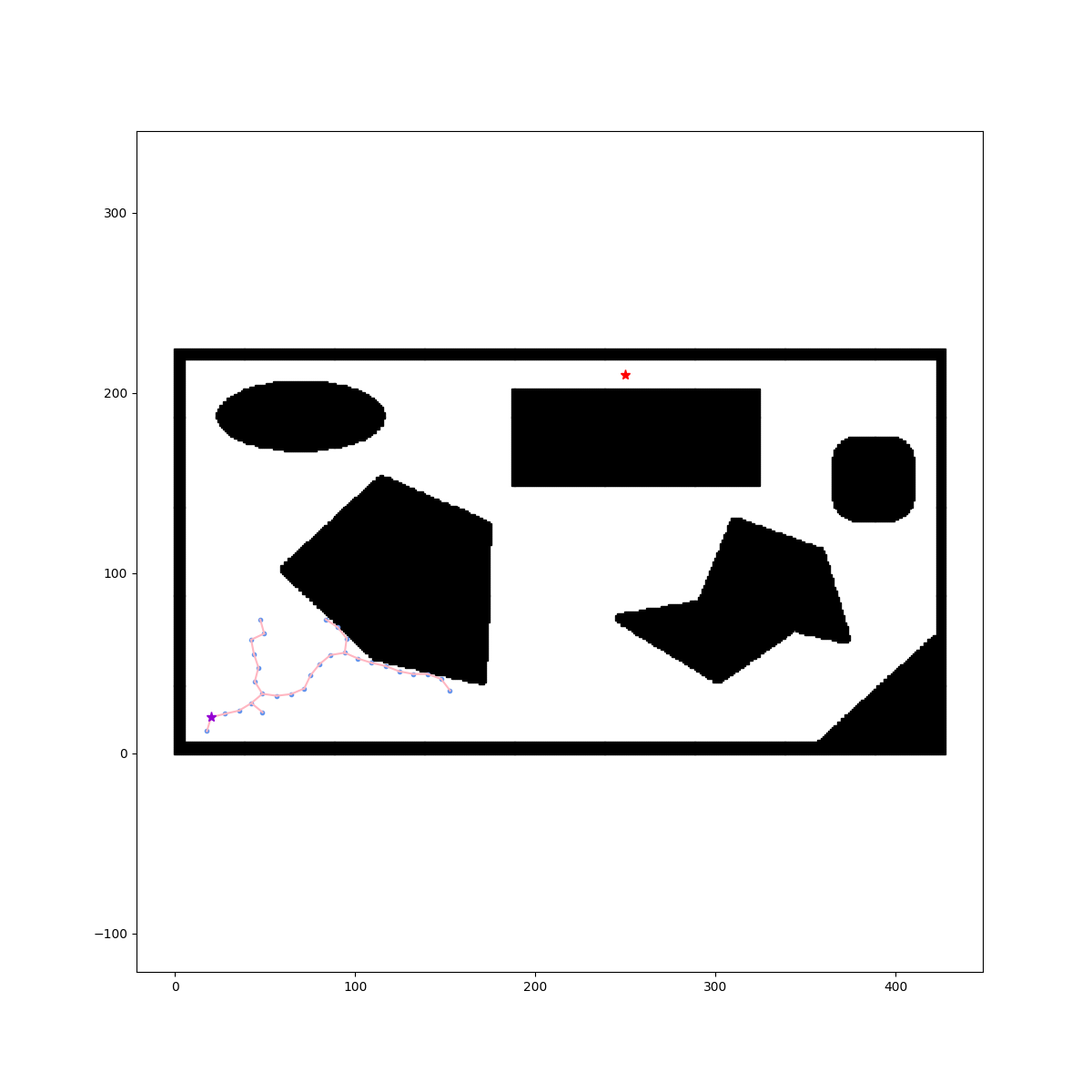
Repository: BaoL067/Pnc-Learning
Script's output: python sampling_based_planner/rrt_star.py
These files come from the project's save history. The script's output is drawn as it stood at one moment and after the next save; the edit follows.
The pictures are shown at 91% of full size.
Animations are shown at an early frame. Random numbers start from a fixed seed. It also reads sampling_based_planner/maps/map3.png.

Above is the script's output before, as saved 2024-10-06 17:09:15.

### sampling_based_planner/rrt_star.py
import math
import random

import sys
import matplotlib.pyplot as plt
import cv2
import pathlib
import numpy as np

SHOW_SAMPLING_PROCESS = True
random.seed(0)
class RRTStar:
    class Node:
        def __init__(self, x, y):
            # the position of node
            self.x = x
            self.y = y
            # the path between current node and its parent
            self.path_x = []
            self.path_y = []
            # the cost of node
            self.cost = 0
            # the parent of node
            self.parent = None

        def reset(self):
            self.path_x = []
            self.path_y = []
            self.parent = None


    def __init__(self,
                start,
                goal,
                x_rand_area,
                y_rand_area,
                obstacle_map = None,
                extend_dist = 10.0,
                path_resolution = 1.0,
                goal_sample_rate = 10,
                max_iter = 1000,
                near_nodes_dist_threshold = 30.0,
                search_until_max_iter = False):

        self.start = self.Node(start[0], start[1])
        self.end = self.Node(goal[0], goal[1])
        self.x_min_rand = x_rand_area[0]
        self.x_max_rand = x_rand_area[1]
        self.y_min_rand = y_rand_area[0]
        self.y_max_rand = y_rand_area[1]
        self.obstacle_map = obstacle_map
        self.extend_dist = extend_dist
        self.path_resolution = path_resolution
        self.goal_sample_rate = goal_sample_rate
        self.max_iter = max_iter

        self.near_nodes_dist_threshold = near_nodes_dist_threshold
        self.search_until_max_iter = search_until_max_iter

        self.goal_node = self.Node(goal[0], goal[1])
        self.node_list = []

    def planning(self):
        self.draw_start_and_goal()
        self.node_list = [self.start]

        for i in range(self.max_iter):
            # TODO: 1. generate random node within the x/y range
            random_node = self.generate_random_node()

            # TODO: 2. find the nearest node to random node in the tree
            nearest_node = min(self.node_list, key=lambda node: math.hypot(node.x - random_node.x, node.y - random_node.y))

            # TODO: 3. Steer the nearest_node to random with extend_dist
            dx = random_node.x - nearest_node.x
            dy = random_node.y - nearest_node.y
            d = math.hypot(dx, dy)
            if d >= self.extend_dist:
                new_node = self.Node(nearest_node.x + self.extend_dist * dx / d, nearest_node.y + self.extend_dist * dy / d)
                self.rewire(new_node, nearest_node)
            else:
                continue

            if self.check_collision_with_obs_map(new_node, self.obstacle_map):
                # RRT implementation
                self.node_list.append(new_node)
                self.draw_node_and_edge(new_node)
                # # RRT* implementation
                # # TODO: 4. find nodes near the new_node, and choose the parent which maintains a minimum-cost from the start node
                # near_nodes = [node for node in self.node_list if math.hypot(node.x - new_node.x, node.y - new_node.y) <= self.near_nodes_dist_threshold]
                # while near_nodes:
                #     optimal_node = min(near_nodes, key=lambda node: node.cost + math.hypot(node.x - new_node.x, node.y - new_node.y))
                #     near_nodes.remove(optimal_node)
                #     self.rewire(new_node, optimal_node)
                #     if not self.check_collision_with_obs_map(new_node, self.obstacle_map):
                #         new_node.reset()
                #         continue
                #     else:
                #         self.draw_node_and_edge(new_node)
                #         break
                # # while near_nodes:
                # #     near_nodes.remove(optimal_node)
                # #     new_node.rewire(optimal_node)
                # #     if self.check_collision_with_obs_map(new_node, self.obstacle_map):
                # #         break
                # #     else:
                # #         new_node.reset()
                # #         continue

                # # TODO: 5. rewire the tree and draw current node and the edge between it and its parent node
                # for near_node in near_nodes:
                #     if near_node.cost > new_node.cost + math.hypot(near_node.x - new_node.x, near_node.y - new_node.y):
                #         near_node.rewire(new_node)
                #         if not self.check_collision_with_obs_map(near_node, self.obstacle_map):
                #             near_node.reset()
                #             continue
                #         # self.draw_node_and_edge(near_node)
            else:
                new_node.reset()
                continue

            # TODO: 6. check if the tree has extended to the vicinity of the goal point, if so, select a suitable
            # node directly to connect to the goal, if the edge does not collide with obstacles, the search can
            # be finished, return the entire path which is extracted by backtracking.
            if ((not self.search_until_max_iter) and new_node):
                if (math.hypot(new_node.x - self.end.x, new_node.y - self.end.y) <= self.extend_dist):
                    self.rewire(self.end, new_node)
                    if self.check_collision_with_obs_map(self.end, self.obstacle_map):
                        return self.backtracking(len(self.node_list) - 1)
                    else:
                        self.end.reset()

        print("reach max iteration")
        # TODO: 7. reach max iteration, backtracking to extract the path between the last node and the start node
        return self.backtracking(len(self.node_list) - 1)

    def generate_random_node(self):
        if random.randint(0, 100) > self.goal_sample_rate:
            random_node = self.Node(random.uniform(self.x_min_rand, self.x_max_rand),
                                    random.uniform(self.y_min_rand, self.y_max_rand))
            return random_node
        else:  # select goal point
            return self.Node(self.end.x, self.end.y)

    def backtracking(self, goal_idx):
        """
            backtracking from last index to retrieve the entire path.
        """
        path = [[self.end.x, self.end.y]]
        node = self.node_list[goal_idx]
        while node.parent is not None:
            path.append([node.x, node.y])
            node = node.parent
        path.append([node.x, node.y])

        return path

    def check_collision_with_obs_map(self, node, obstacle_map):
        if node is None or obstacle_map[round(node.x)][round(node.y)] == True:
            return False

        for x, y in zip(node.path_x, node.path_y):
            if (obstacle_map[round(x)][round(y)] == True):
                return False  # collision

        return True  # safe

    def draw_start_and_goal(self):
        plt.plot(self.start.x, self.start.y, marker='*', color='darkviolet', markersize=8, zorder=100000)
        plt.plot(self.end.x, self.end.y, marker='*', color='r', markersize=8, zorder=100000)

    def draw_node_and_edge(self, node):
        # for stopping simulation with the esc key.
        plt.gcf().canvas.mpl_connect('key_release_event',
                                    lambda event: [exit(0) if event.key == 'escape' else None])
        plt.plot(node.x, node.y, '.', color='cornflowerblue')
        if node.parent:
            plt.plot(node.path_x, node.path_y, '-', color='lightpink')
        if (SHOW_SAMPLING_PROCESS):
            plt.pause(0.00000001)

    def generate_path(self, node):
        dx = node.x - node.parent.x
        dy = node.y - node.parent.y
        d = math.hypot(dx, dy)

        steps = int(round(d / self.path_resolution))

        node.path_x = np.linspace(node.parent.x, node.x, steps).tolist()
        node.path_y = np.linspace(node.parent.y, node.y, steps).tolist()

    def rewire(self, node, new_parent):
        node.parent = new_parent
        self.generate_path(node)
        node.cost = new_parent.cost + math.hypot(node.x - new_parent.x, node.y - new_parent.y)


def preprocess_image(image, threshold):
    # convert to gray image
    gray_img = cv2.cvtColor(image, cv2.COLOR_RGB2GRAY)
    # binarization
    _, binary_img = cv2.threshold(gray_img, threshold, 255, cv2.THRESH_BINARY)
    return binary_img

def extract_obstacle_list_from_img(binary_img):
    obstacle_x_list = []
    obstacle_y_list = []
    # get the size of binary image
    rows, cols = binary_img.shape[:2]

    for i in range(rows):
        for j in range(cols):
            if binary_img[i, j] == 0:
                # convert image frame to world frame
                obstacle_x_list.append(j)
                obstacle_y_list.append(rows - i - 1)

    return obstacle_x_list, obstacle_y_list

def extract_obstacle_map_list_from_img(binary_img):
    # get the size of binary image
    img_rows, img_cols = binary_img.shape[:2]

    # convert image frame to world frame
    map_x_size = img_cols
    map_y_size = img_rows

    # construct obstacle map
    obstacle_map = [[False for y in range(map_y_size)] for x in range(map_x_size)]

    for x in range(map_x_size):
        for y in range(map_y_size):
            if binary_img[map_y_size - y - 1, x] == 0:
                obstacle_map[x][y] = True

    return obstacle_map

def main():
    # read image map
    image = cv2.imread(str(pathlib.Path.cwd()) + "\sampling_based_planner\maps\map3.png")
    # transform to binary image
    binary_img = preprocess_image(image, 127)
    # extract obstacle map from image
    obstacle_map = extract_obstacle_map_list_from_img(binary_img)

    x_size = len(obstacle_map)
    y_size = len(obstacle_map[0])

    obs_x_list, obs_y_list = [], []
    for x in range(len(obstacle_map)):
        for y in range(len(obstacle_map[0])):
            if obstacle_map[x][y] == True:
                obs_x_list.append(x)
                obs_y_list.append(y)

    plt.figure(figsize=(12, 12))
    plt.axis("equal")
    plt.plot(obs_x_list, obs_y_list, 'sk', markersize=2)

    rrt_star = RRTStar(
        start=[20, 20],
        goal=[250, 210],
        x_rand_area=[0, len(obstacle_map)],
        y_rand_area=[0, len(obstacle_map[0])],
        obstacle_map=obstacle_map,
        extend_dist=8.0,
        max_iter=3000,
        near_nodes_dist_threshold=30.0,
        search_until_max_iter=False)

    path = rrt_star.planning()
    path_nodes_num = len(path)

    if path is None:
        print("Cannot find path")
    else:
        print("Find path!")

    # draw final path
    plt.plot([x for (x, y) in path], [y for (x, y) in path], '-', linewidth=2.0, color='palegreen')
    plt.title(f"Path Nodes Num: {path_nodes_num}")
    plt.show()

if __name__ == '__main__':
    main()

After the next save:
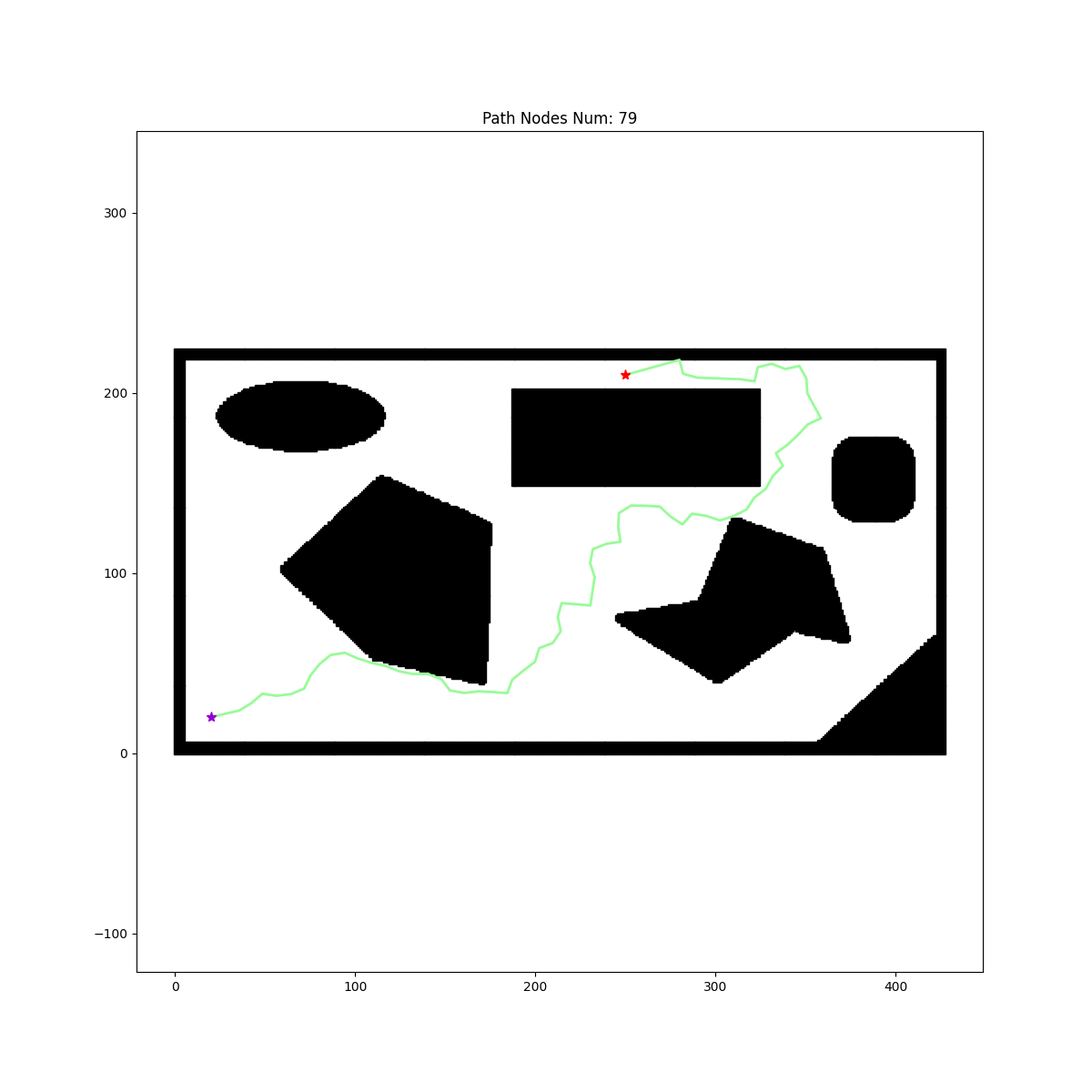
Saved 3 min 1 s later.
--- a/sampling_based_planner/rrt_star.py
+++ b/sampling_based_planner/rrt_star.py
@@ -84,7 +84,7 @@ class RRTStar:
             if self.check_collision_with_obs_map(new_node, self.obstacle_map):
                 # RRT implementation
                 self.node_list.append(new_node)
-                self.draw_node_and_edge(new_node)
+                # self.draw_node_and_edge(new_node)
                 # # RRT* implementation
                 # # TODO: 4. find nodes near the new_node, and choose the parent which maintains a minimum-cost from the start node
                 # near_nodes = [node for node in self.node_list if math.hypot(node.x - new_node.x, node.y - new_node.y) <= self.near_nodes_dist_threshold]
